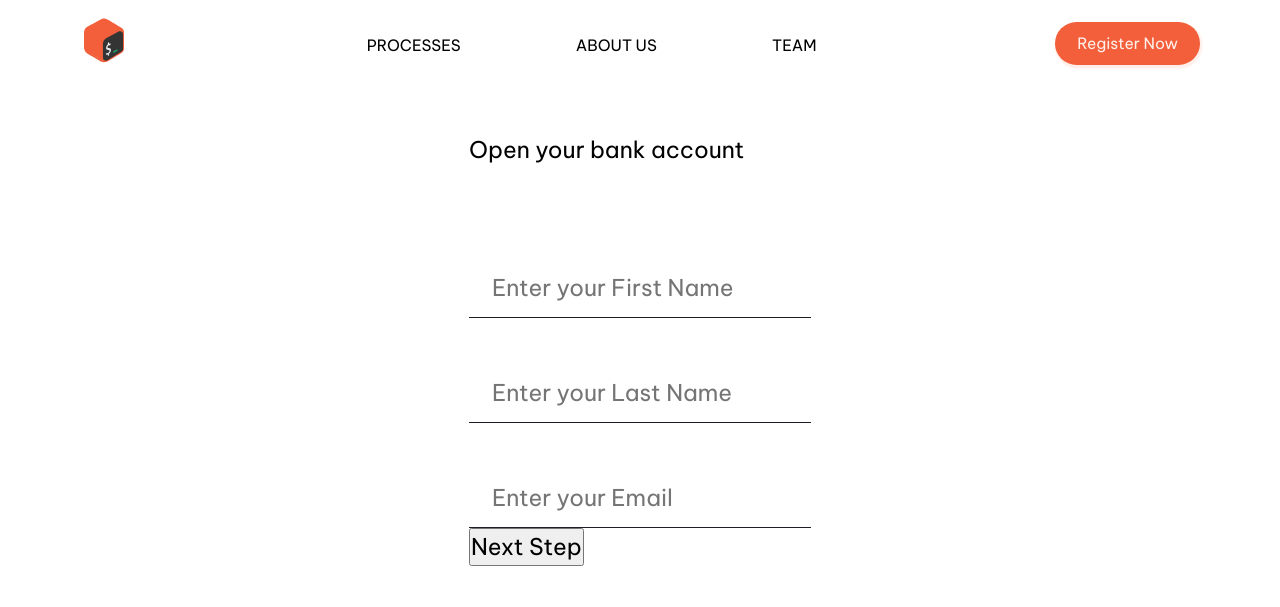
Repository: Esraa22M/Banking_Site
Page: index.html
An editor plug-in stored every save of this project. The page is shown before and after the next save, followed by the edit.
The browser window is 1280 px wide. The pictures show the whole page.

Above is the page before, as saved 2022-10-31 17:51:00.

After the next save:
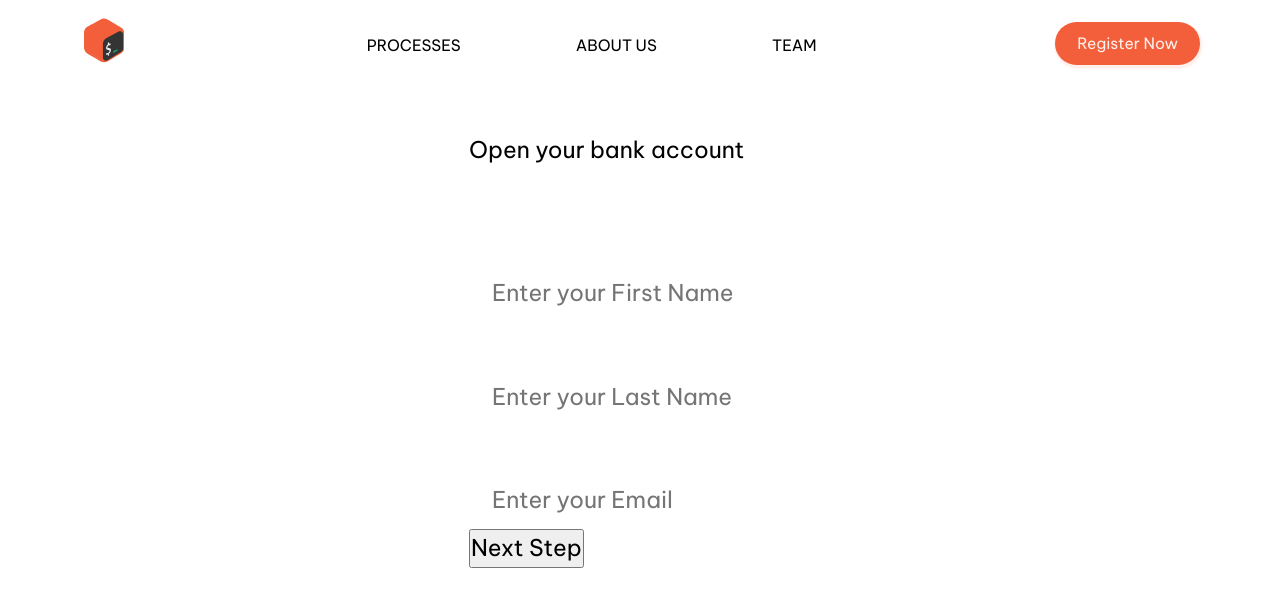
Saved 76 s later.
--- a/style.css
+++ b/style.css
@@ -203,9 +203,19 @@
   border: none;
   outline: none;
   padding: 0.5em 1em;
-  border-bottom: 0.5px solid var(--clr-neutral-100);
   margin-top: 2em;
   transition: border ease-in-out 500ms;
+}
+.first_name--wrapper::before {
+  content: "";
+  display: block;
+  height: 0.2em;
+  background-color: var(--clr-accent-400);
+  width: 0%;
+  transition: width ease-in-out 250ms;
+}
+.primary__navigation-link:hover::before {
+  width: 100%;
 }
 .first_name:focus-within {
   border-bottom: 4px solid var(--clr-accent-400);
